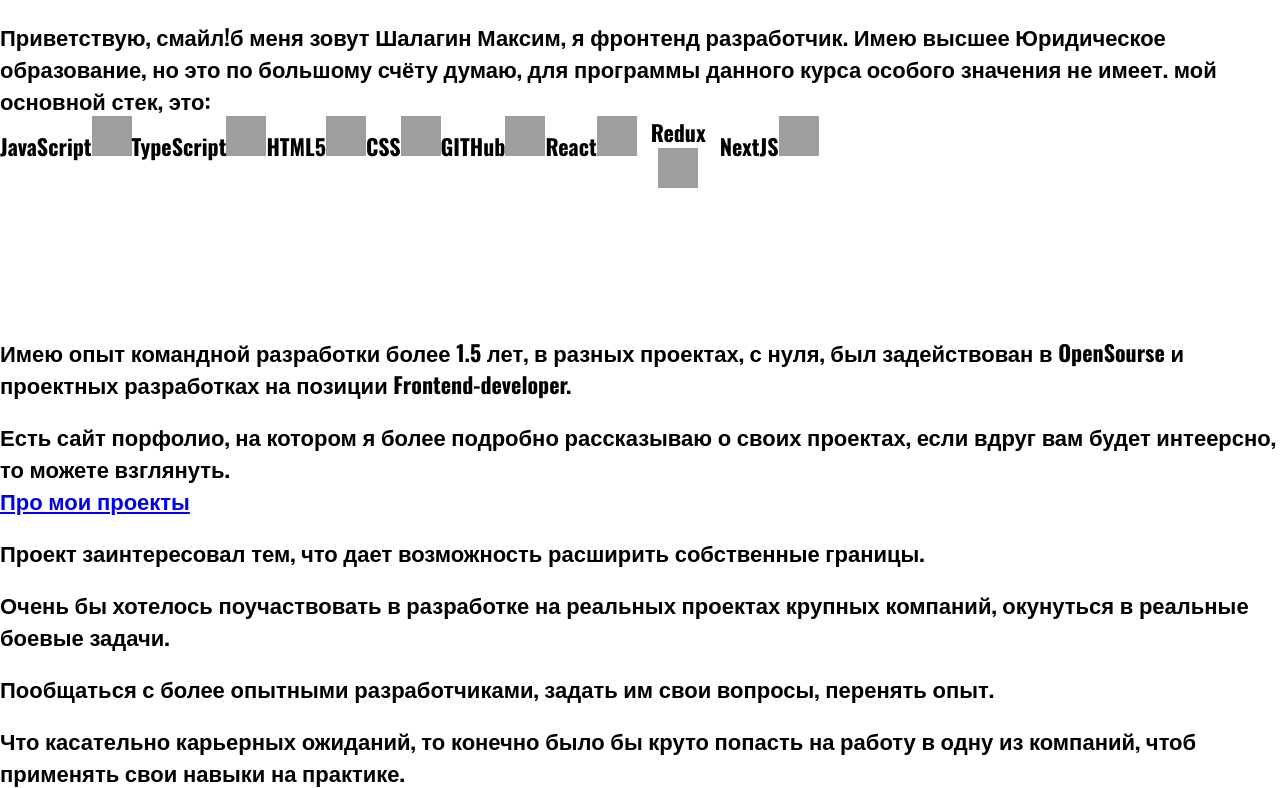
Repository: ni4egonepridumal/letter
Page: index.html
These files come from the project's save history. The page is drawn as it stood at one moment and after the next save; the edit follows.
The browser window is 1280 px wide. The pictures show the whole page.
Pictures or frames that could not be fetched are drawn as grey boxes.

Above is the page before, as saved 2024-01-18 17:31:10.

After the next save:
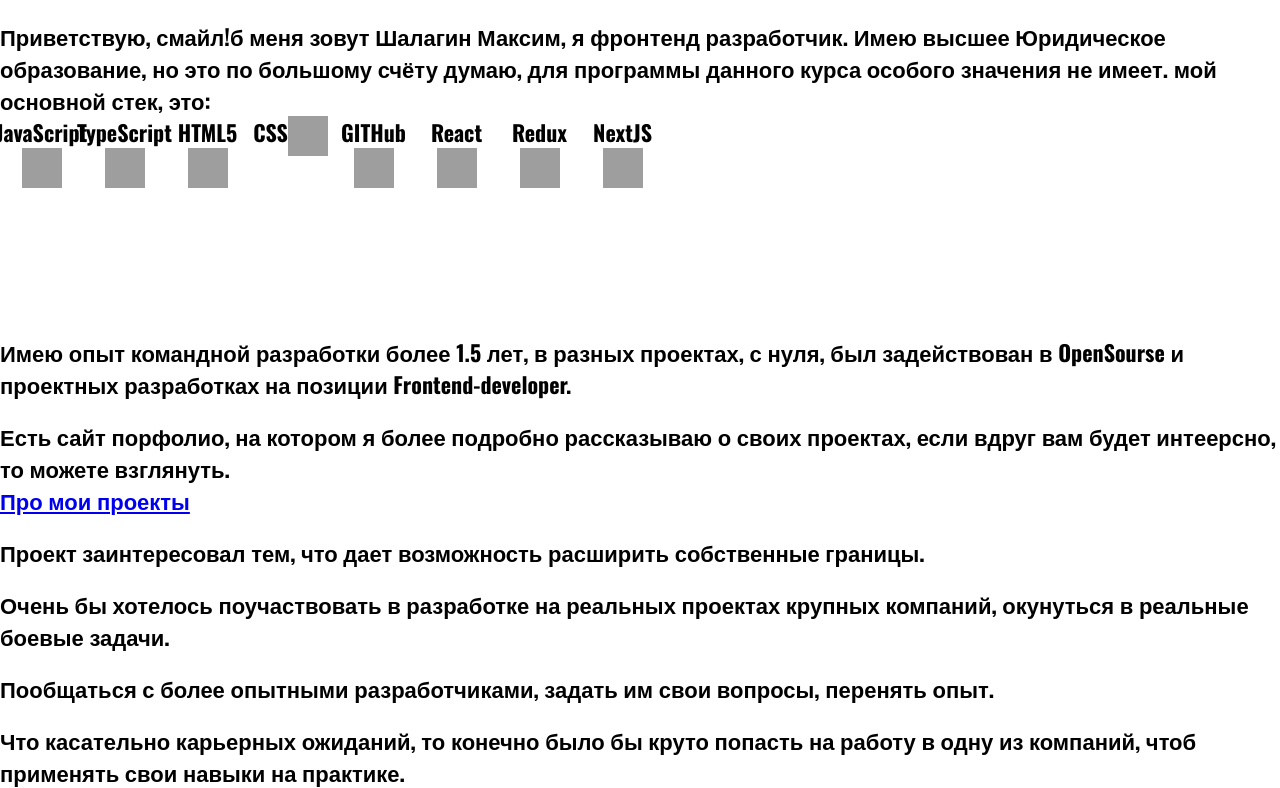
Saved 36 s later.
--- a/index.html
+++ b/index.html
@@ -21,7 +21,7 @@
         это:
       </p>
       <div class="myScills">
-        <div class="_img_10in9_33">
+        <div class="img">
           <label>JavaScript</label
           ><img
             src="https://raw.githubusercontent.com/devicons/devicon/master/icons/javascript/javascript-original.svg"
@@ -30,7 +30,7 @@
             height="40"
           />
         </div>
-        <div class="_img_10in9_33">
+        <div class="img">
           <label>TypeScript</label
           ><img
             src="https://raw.githubusercontent.com/devicons/devicon/master/icons/typescript/typescript-original.svg"
@@ -39,7 +39,7 @@
             height="40"
           />
         </div>
-        <div class="_img_10in9_33">
+        <div class="img">
           <label>HTML5</label
           ><img
             src="https://raw.githubusercontent.com/devicons/devicon/master/icons/html5/html5-original-wordmark.svg"
@@ -48,7 +48,7 @@
             height="40"
           />
         </div>
-        <div class="_smallText_10in9_45">
+        <div class="img">
           <label>CSS</label
           ><img
             src="https://raw.githubusercontent.com/devicons/devicon/master/icons/css3/css3-original-wordmark.svg"
@@ -57,7 +57,7 @@
             height="40"
           />
         </div>
-        <div class="_img_10in9_33">
+        <div class="img">
           <label>GITHub</label
           ><img
             src="https://raw.githubusercontent.com/devicons/devicon/master/icons/github/github-original.svg"
@@ -66,7 +66,7 @@
             height="40"
           />
         </div>
-        <div class="_smallText_10in9_45">
+        <div class="img">
           <label>React</label
           ><img
             src="https://raw.githubusercontent.com/devicons/devicon/master/icons/react/react-original-wordmark.svg"
@@ -84,7 +84,7 @@
             height="40"
           />
         </div>
-        <div class="_img_10in9_33">
+        <div class="img">
           <label>NextJS</label
           ><img
             src="https://cdn.worldvectorlogo.com/logos/nextjs-2.svg"
